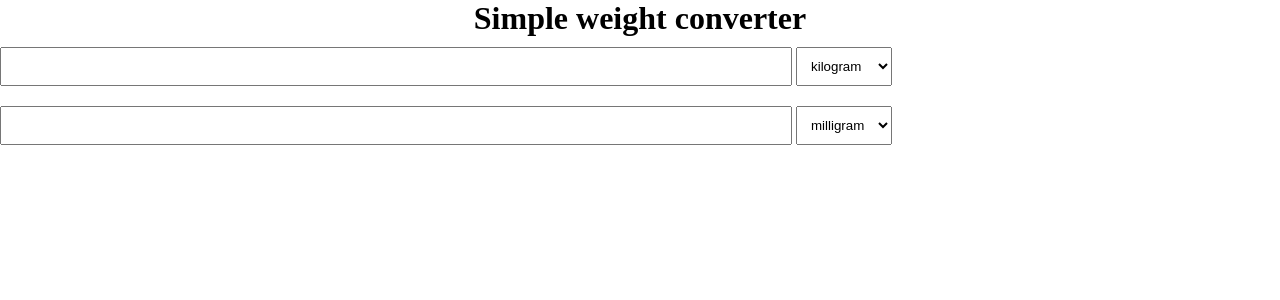
Repository: Eugene44-hub/weight-converter
Page: index.html
An editor plug-in stored every save of this project. The page is shown before and after the next save, followed by the edit.
The browser window is 1280 px wide. The pictures show the whole page.

Above is the page before, as saved 2021-09-20 04:39:45.

After the next save:
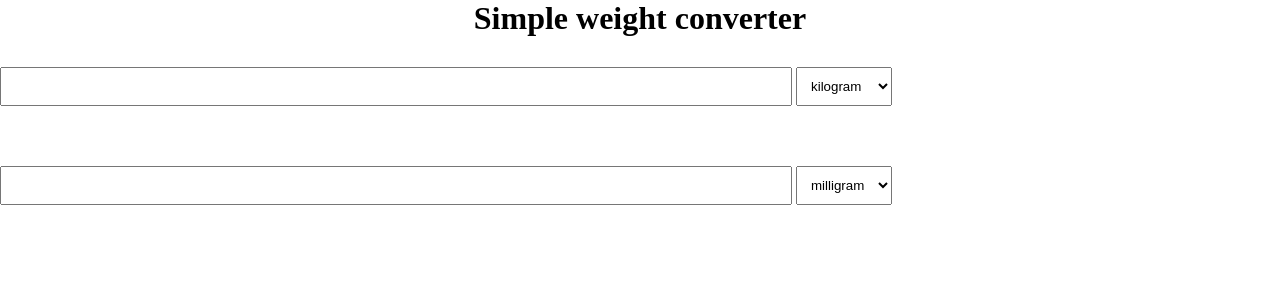
Saved 18 s later.
--- a/style.css
+++ b/style.css
@@ -6,7 +6,7 @@
 input {
     width: 60%;
     padding: 10px;
-    margin: 10px auto;
+    margin: 30px auto;
 }
 
 h1 {

After the save that followed:
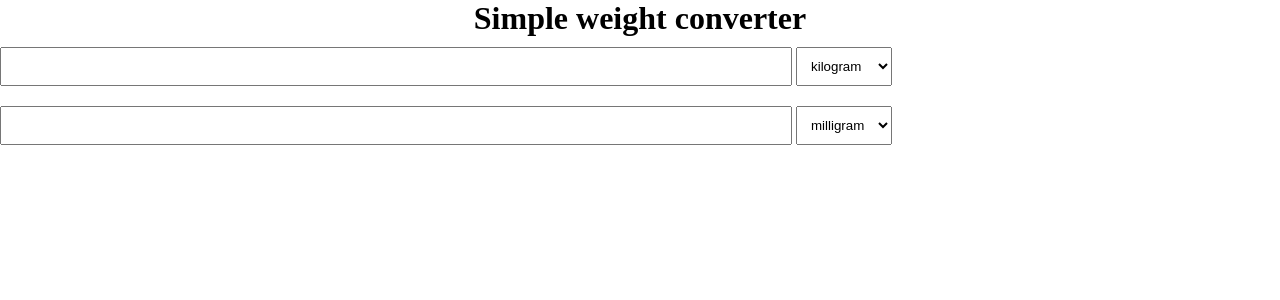
Saved 6 s later.
--- a/style.css
+++ b/style.css
@@ -6,7 +6,7 @@
 input {
     width: 60%;
     padding: 10px;
-    margin: 30px auto;
+    margin: 10px auto;
 }
 
 h1 {
